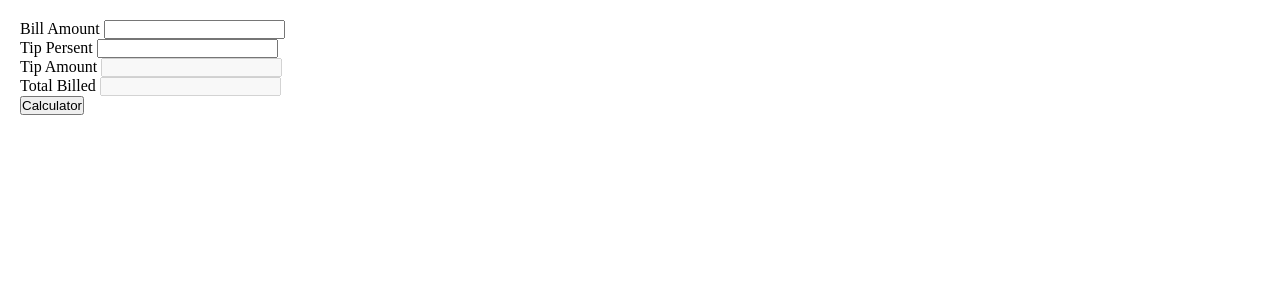
Repository: ZainAkbar51214/Tip-Calculator
Page: index.html
An editor plug-in stored every save of this project. The page is shown before and after the next save, followed by the edit.
The browser window is 1280 px wide. The pictures show the whole page.
The style sheet was rebuilt from its Sass, Less or Tailwind sources for each picture, by a compiler version that may differ from the author's.

Above is the page before, as saved 2024-03-25 09:55:51.

### index.html
<!DOCTYPE html>
<html lang="en">

<head>
    <meta charset="UTF-8">
    <meta name="viewport" content="width=device-width, initial-scale=1.0">
    <title>Tip Calculator</title>
    <!-- css custom link -->
    <link rel="stylesheet" href="css/style.css">
</head>

<body>
    <div class="container">
        <div class="row">
            <div class="col">
                <div class="calculator">
                    <label>Bill Amount</label>
                    <input type="text" name="" id="tip_amount">
                    <br>
                    <label>Tip Persent</label>
                    <input type="text" name="" id="tip_persent">
                    <br>
                    <label>Tip Amount</label>
                    <input type="text" name="" id="tip_total" disabled>
                    <br>
                    <label>Total Billed</label>
                    <input type="text" name="" id="total_billed" disabled>
                    <br>
                    <button class="btn" onclick="tipCalculate()">Calculator</button>
                </div>
            </div>
        </div>
    </div>
</body>

</html>

### css/style.scss
*{
    margin: 0;
    padding: 0;
    box-sizing: border-box;
}

.container{
    width: 100%;
    max-width: 1350px;
    margin: auto;

    .row{
        display: flex;
        flex-wrap: wrap;

        .col{
            flex: 0 0 100%;
            padding: 20px;
        }
    }
}

After the next save:
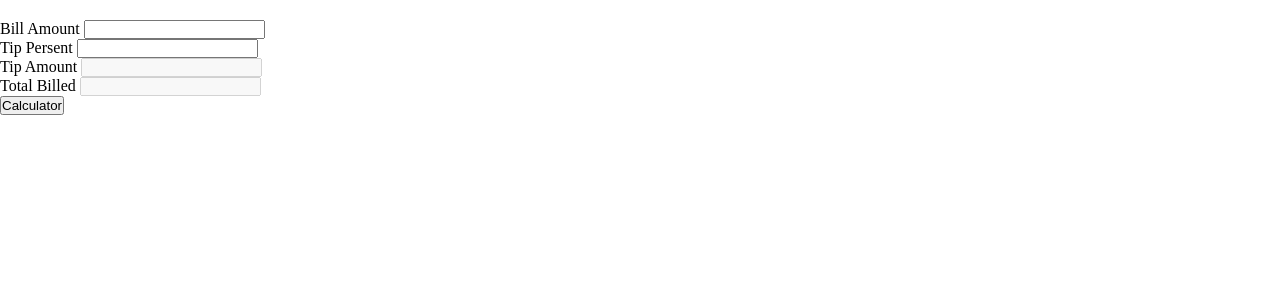
Saved 6 s later.
--- a/css/style.scss
+++ b/css/style.scss
@@ -12,6 +12,7 @@
     .row{
         display: flex;
         flex-wrap: wrap;
+        margin-left: -20px;
 
         .col{
             flex: 0 0 100%;
